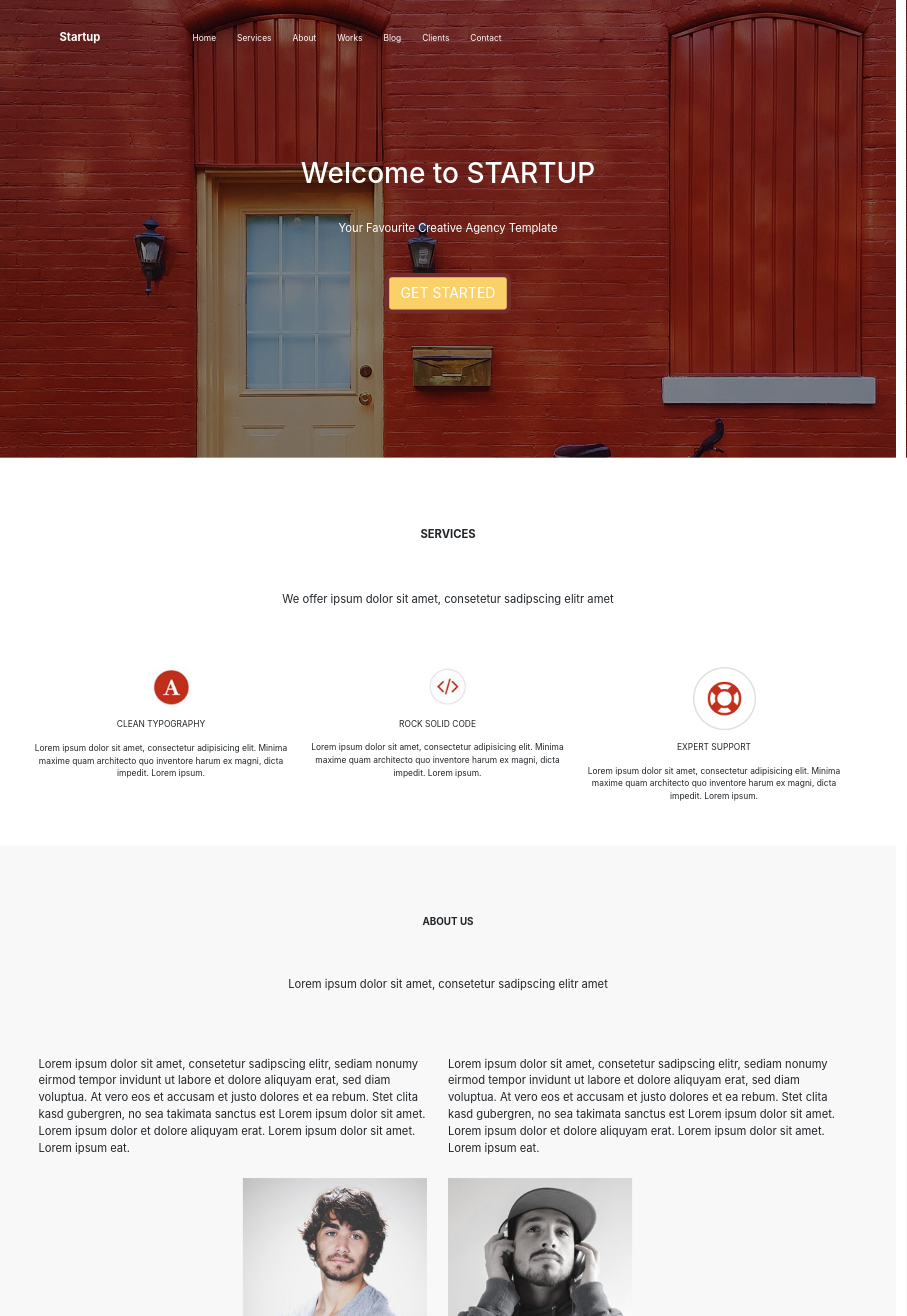
Repository: ivankovaa/HelloWorld
Page: lab5/index.html
The author's editor kept a record of every edit. The page is drawn from the files as they stood at one moment, then again after the next edit.
The browser window is 1280 px wide. The page is 1295 px wide, so the pictures cover 1295 px, including what lies to the right of the window. The pictures show the part of the page from y = 0 to 1880 px (the page is 3843 px tall), at 70% of full size.
The pointer rests on the first visible `#tr-property`.

Above is the page before.

After the next edit:
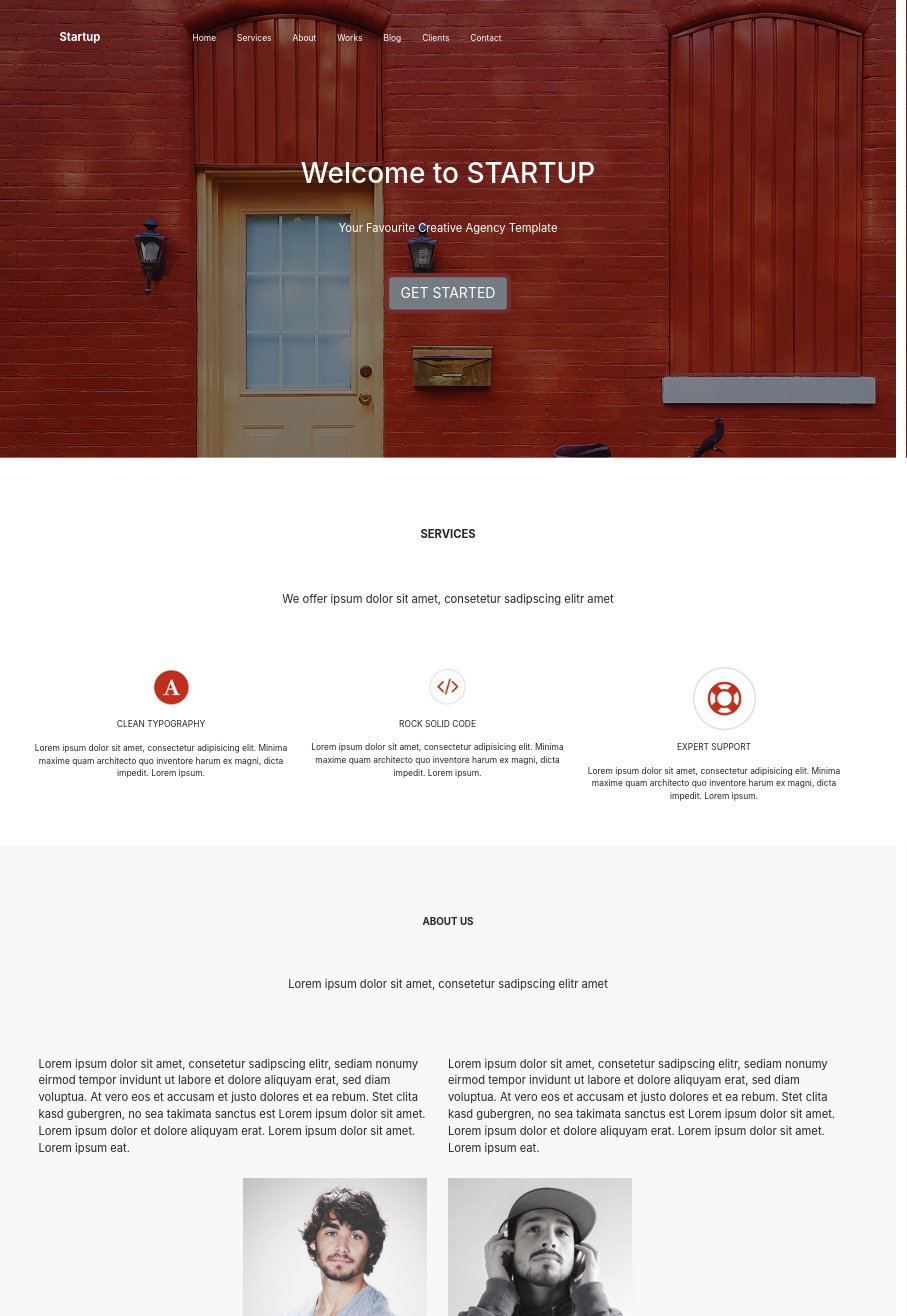
The edit:
--- a/lab5/style.css
+++ b/lab5/style.css
@@ -237,7 +237,7 @@
  transition-duration: .8s
 }
 #tr-property:hover {
- background-color: #fad069;
+ background-color: #747b83;
  border-width: 6px;
  border-color: #742d2d;
  border-radius: 10px;
